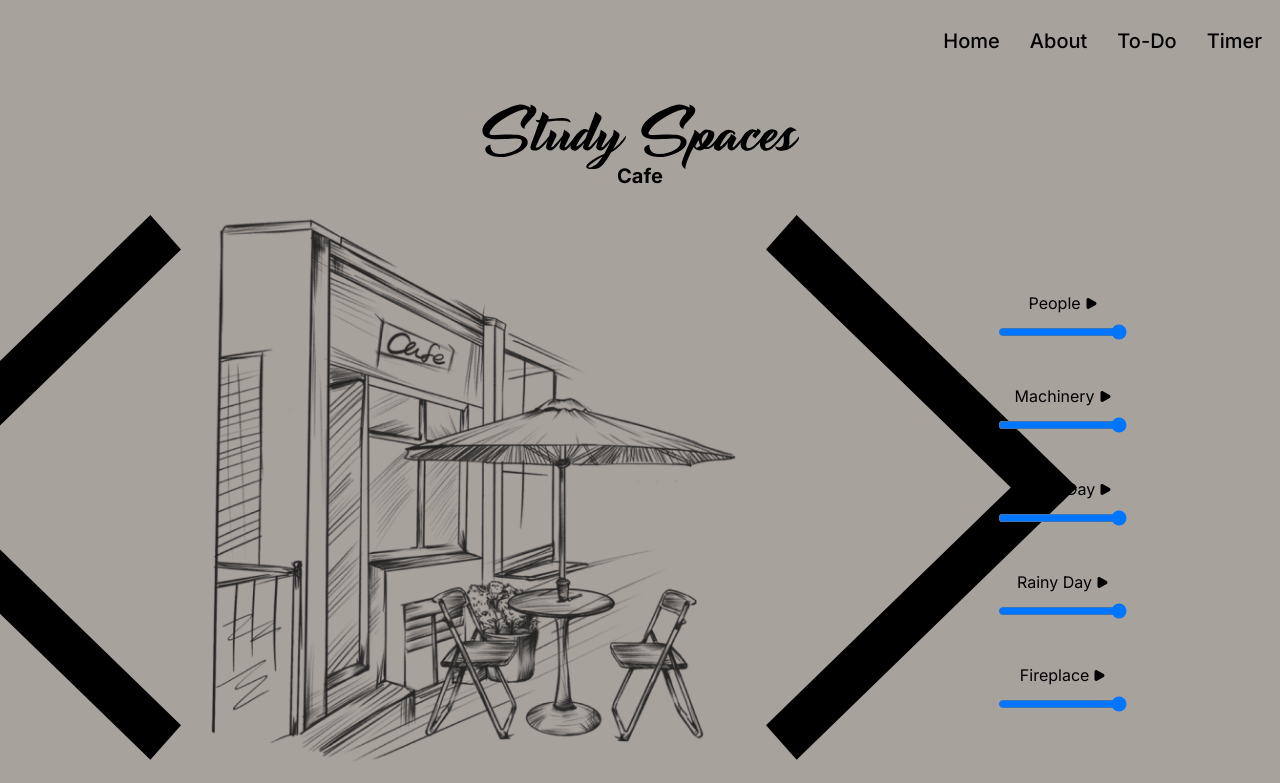
Repository: kaitlynlie/studyspaces
Page: / (app in studyspaces/)
The author's editor kept a copy of each file at every save. The page is drawn from the files as they stood at one save, then again after the next save.
The browser window is 1280 px wide. The pictures show the whole page.
The project was rebuilt for these pictures with package versions that can differ from the ones it lists, and the page was loaded fresh each time. Also part of the build but not shown: studyspaces/vite.config.ts. Imported but missing from the stored project, and not drawn on this page: studyspaces/src/audio/fireplace.wav, studyspaces/src/audio/people.wav, studyspaces/src/audio/rain.wav, studyspaces/src/audio/softmachinery.mp3, studyspaces/src/audio/sun.wav.

Above is the page before, as saved 2023-09-28 10:55:15.

After the next save:
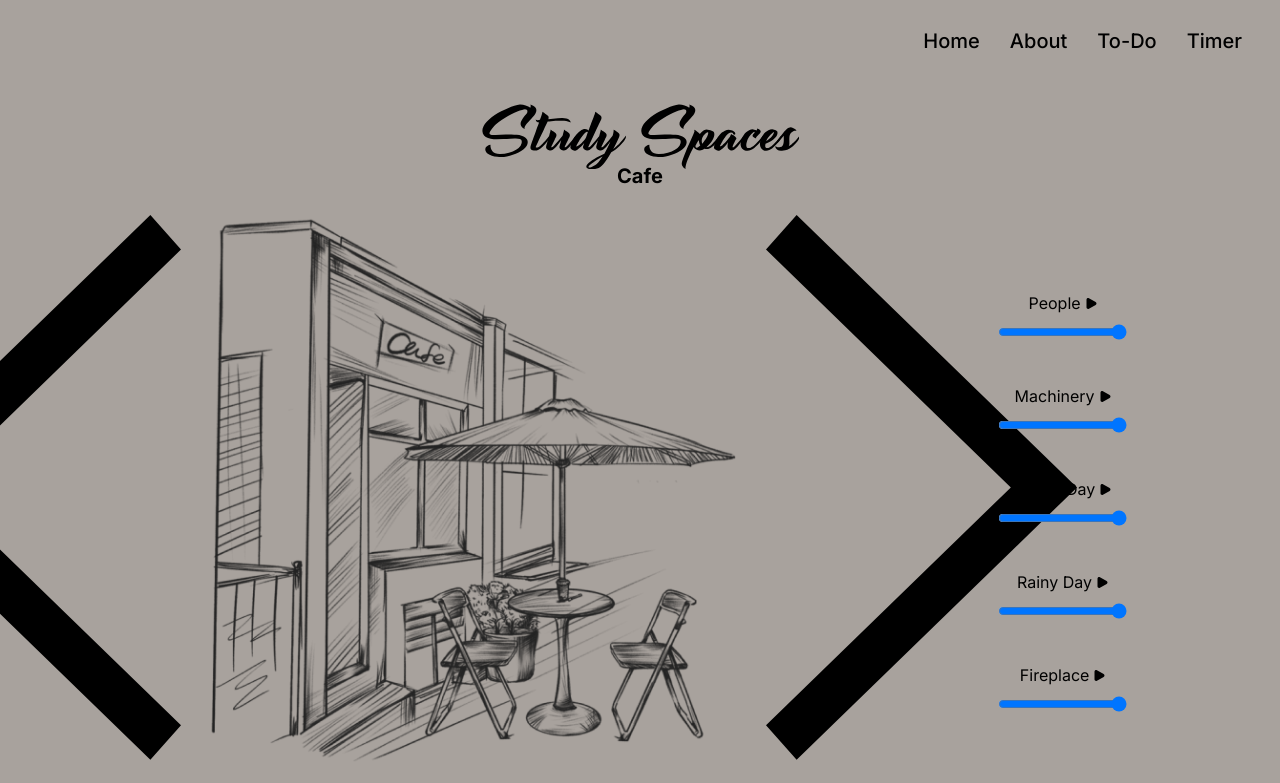
Saved 4 s later.
--- a/studyspaces/src/pages/Navbar.module.scss
+++ b/studyspaces/src/pages/Navbar.module.scss
@@ -13,7 +13,7 @@ nav.navbar {
       line-height: 130%;
       z-index: 10;
       cursor: pointer;
-      margin-right: 10px;
+      margin-right: 30px;
       a {
         z-index: 10;
         list-style-type: none;
